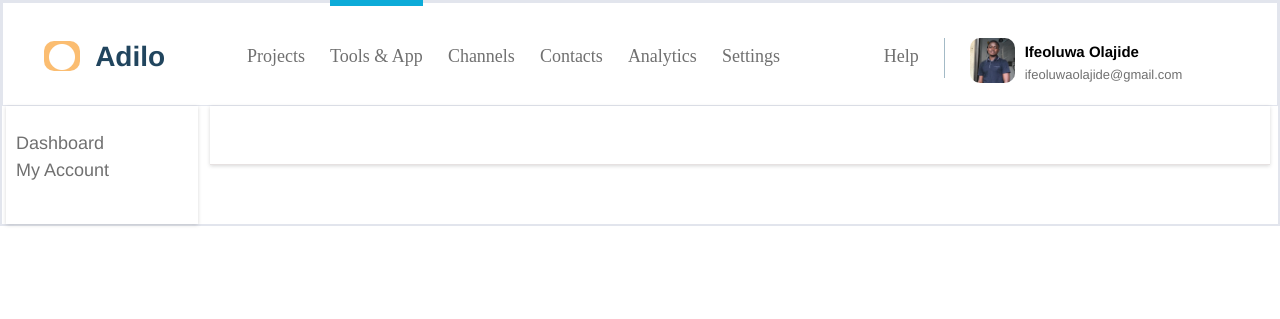
Repository: olhighjay/video_recorder
Page: /
The author's editor kept a copy of each file at every save. The page is drawn from the files as they stood at one save, then again after the next save.
The browser window is 1280 px wide. The pictures show the whole page.
Some web libraries are served in a nearby version. The project was rebuilt for these pictures with package versions that can differ from the ones it lists, and the page was loaded fresh each time. Also part of the build but not shown: vue.config.js.

Above is the page before, as saved 2022-07-28 17:08:23.

### public/index.html
<!DOCTYPE html>
<html lang="">
  <head>
    <meta charset="utf-8">
    <meta http-equiv="X-UA-Compatible" content="IE=edge">
    <meta name="viewport" content="width=device-width,initial-scale=1.0">
    <link rel="icon" href="<%= BASE_URL %>favicon.ico">
    <title><%= htmlWebpackPlugin.options.title %></title>
    <link rel="stylesheet" href="https://cdn.jsdelivr.net/npm/bootstrap@4.0.0/dist/css/bootstrap.min.css" integrity="sha384-Gn5384xqQ1aoWXA+058RXPxPg6fy4IWvTNh0E263XmFcJlSAwiGgFAW/dAiS6JXm" crossorigin="anonymous">
  </head>
  <body>
    <noscript>
      <strong>We're sorry but <%= htmlWebpackPlugin.options.title %> doesn't work properly without JavaScript enabled. Please enable it to continue.</strong>
    </noscript>
    <div id="app"></div>
    <!-- built files will be auto injected -->


    <script src="https://code.jquery.com/jquery-3.2.1.slim.min.js" integrity="sha384-KJ3o2DKtIkvYIK3UENzmM7KCkRr/rE9/Qpg6aAZGJwFDMVNA/GpGFF93hXpG5KkN" crossorigin="anonymous"></script>
<script src="https://cdn.jsdelivr.net/npm/popper.js@1.12.9/dist/umd/popper.min.js" integrity="sha384-ApNbgh9B+Y1QKtv3Rn7W3mgPxhU9K/ScQsAP7hUibX39j7fakFPskvXusvfa0b4Q" crossorigin="anonymous"></script>
<script src="https://cdn.jsdelivr.net/npm/bootstrap@4.0.0/dist/js/bootstrap.min.js" integrity="sha384-JZR6Spejh4U02d8jOt6vLEHfe/JQGiRRSQQxSfFWpi1MquVdAyjUar5+76PVCmYl" crossorigin="anonymous"></script>
  </body>
</html>

### src/App.vue
<template>
  <!-- <img alt="Vue logo" src="./assets/logo.png"> -->
  <div>
    <navbar></navbar>
    <div id="main-flex">
            <Transition name="fade" :duration="550">
                <div class="my-sidebar px-1">
                    <div class="my-nav py-4">
                        <ul>
                            <li :class="{'active-temp': pageHeader == 'Dashboard'}"><router-link style="width:100%" to="/dashboard"><i class="fa fa-home" aria-hidden="true"></i> &nbsp; Dashboard</router-link></li>
                            <li :class="{'active-temp': pageHeader == 'My Account'}"><router-link style="width:100%" to="/account"><i class="fa fa-user" aria-hidden="true"></i> &nbsp; My Account</router-link></li>
                       </ul>
                    </div>
                </div>
            </Transition>
            <div class="my-main px-2">
                <div class="main-content">
                    <div class="pg-head px-4 pt-4 pb-1">
                        <span @click="showSidebar = !showSidebar" class="u-hamburger__box"><span class="u-hamburger__inner"></span></span>
                        <span style=" margin-left:4%"><h4 style="display:inline; text-align:left;font-weight:600;">{{ pageHeader }}</h4></span>
                    </div>
                    <slot ></slot>
                </div>
            </div>
        </div>
  </div>
</template>

<script>
// import HelloWorld from './components/HelloWorld.vue'
import Navbar from './layouts/Navbar.vue'

export default {
  name: 'App',
  components: {
    Navbar
  }
}
</script>

<style>




#app {
  font-family: Avenir, Helvetica, Arial, sans-serif;
  -webkit-font-smoothing: antialiased;
  -moz-osx-font-smoothing: grayscale;
   /* text-align: center; */
   font-size: 18px;
  color: #707070;
  border: solid 2px #E2E5ED;
  width: 100vw;
  /* margin-top: 60px;  */
}




    .my-container{
        margin: 0 6.5% ;
        overflow-x: hidden;
    }
    #main-flex{
        display: flex;
        justify-content: flex-start;
        height: 100%;
    }
    .my-sidebar{
        flex: 0 0 200px;
        height: 100%;
        /* width: 200px; */
    }
    .my-nav{
        box-shadow: rgba(0, 0, 0, 0.16) 0px 1px 4px;
    }
    .my-nav>ul{
        list-style-type: none;
        display: block;
        padding: 0;
    }
    .my-nav>ul>li{
        display: block;
    }
    .active-temp{
        font-weight: 600;
    }
    .my-nav>ul>li:hover, .active-temp{
        cursor: pointer;
        background-color: rgb(241, 241, 241);
    }
    .my-nav>ul>li>a{
        color: #282828;
        padding: 5% 5% 5% 10%;
        display: block;
    }
    .my-nav>ul>li>a:hover{
        transform: scale(1.03);
        font-weight: 600;
    }
    .my-main{
        width: 100%;
    }
    @media screen and (max-width: 500px) {
        .my-main{
            flex-shrink: 0;
        }
    }
    .main-content{
        box-shadow: rgba(0, 0, 0, 0.16) 0px 1px 4px;
    }
    /* .inner-main>div{
        flex: 1;
    } */

    .under-nav>a{
        display: block;
        padding: 10px 0 10px 22px;
    }

    .fade-enter-active {
        transition: all 0.5s ease-in-out;
    /* transition: all 0.3s ease-out; */
    }

    .fade-leave-active {
        transition: all 0.5s ease-in-out;
    /* transition: all 0.3s ; */
    }
    .fade-enter-from,
    .fade-leave-to {
    transform: translateX(15px);
    opacity: 0;
    }

    .fade-leave-active, .fade-enter-active .my-sidebar {
    transition-delay: 0.25s;
    }

    .u-hamburger__box:hover{
        cursor: pointer;
    }

    .pg-head{
        border-bottom: 1px solid rgb(230, 225, 225);
    }

    @media screen and (max-width: 900px) {
        .my-container{
            margin: 0 0 ;
        }
    }







</style>

### src/layouts/Navbar.vue
<template>
    <nav class="">
      <div class="nav-logo-area">
        <div class="nav-logo-area-inner">
          <div class="white-logo-wrap">
            <span class="white-logo-bkg">
            <img alt="Adilo logo" src="../assets/swarm.png">
            </span>
          </div>
          <div class="adilo">Adilo</div>
        </div>
      </div>
      <div class="nav-tab">
        <ul class="my-nav-list">
          <li><a>Projects</a></li>
          <li class="active-nav-item"> <a>Tools & App</a></li>
          <li><a>Channels</a></li>
          <li><a>Contacts</a></li>
          <li><a>Analytics</a></li>
          <li><a>Settings</a></li>
        </ul>
      </div>
      <div class="nav-profile">
        <ul class="my-nav-list">
          <li><a>Help</a></li>
        </ul>
        <div class="profile-info">
          <div class="profile-border"></div>
          <div >
            <img alt="Profile Image" src="../assets/profile.jpg" class="profile-img">
          </div>
          <div style="margin-left:10px">
            <span class="profile-name">Ifeoluwa Olajide </span>
            <p class="profile-email">ifeoluwaolajide@gmail.com</p>
          </div>
        </div>
      </div>
    </nav>
</template>
<script>
export default {
    name: 'NavbarComponent'
}
</script>
<style>
     nav {
    display: flex;
    /* height: 69px; */
    padding: 0 0.032%;
    border: solid 1px #E2E5ED;
  }

  .nav-logo-area {
    flex: 0 0 16%;
    padding-left: 3.2%;
    padding-top: 19px;
    padding-bottom: 27px;
  }
  .nav-logo-area-inner {
    display: flex;
  }
  .nav-tab {
    flex: 0 0 50%;
  }
  .nav-profile {
    flex: 0 0 34%;
    display: flex;
  }
  .my-nav-list {
    list-style: none;
    padding-top: 40px;
  }
  .my-nav-list>li {
    display: inline;
    margin-right: 25px;
    padding-top: 40px;
  }
  .my-nav-list>li>a {
    text-align: left;
    font: normal normal normal 18px/27px Poppins;
    letter-spacing: 0px;
    color: #707070;
    opacity: 1
  }
  .white-logo-wrap {
    padding-top:21px;
  }
  .white-logo-bkg {
    background-color:#FBBD71;
    padding:5px;
    border-radius:10px;
  }
  .adilo {
    font-size:28px;
    margin-left:15px;
    font-weight:bold;
    color:#21455E;
    padding-top:14px;
  }
  .profile-info {
    padding-top:35px;
    display:flex;
  }
  .active-nav-item {
    border-top: 6px solid #0DABD8;
  }
  .profile-border {
    border-left: 1px solid #A3BAC6;
    padding-left:25px;
    height:40px;
  }
  .profile-img {
    width:45px; height: 45px;
    border-radius:10px;
  }
  .profile-name {
    font-weight:bold;
    font-size:15px;
    color:black;
  }
  .profile-email {
    font-size:13px;
  }
</style>

Loaded but not shown: src/main.js (common file)

After the next save:
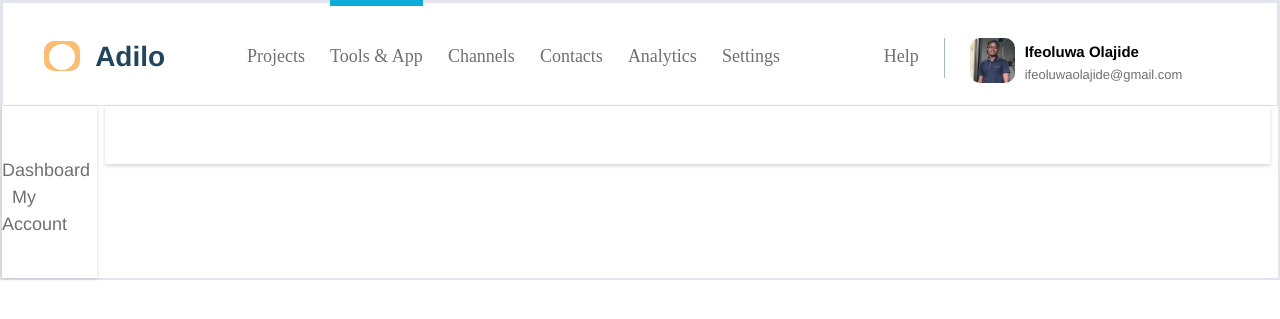
Saved 47 min 23 s later.
--- a/src/App.vue
+++ b/src/App.vue
@@ -4,14 +4,14 @@
     <navbar></navbar>
     <div id="main-flex">
             <Transition name="fade" :duration="550">
-                <div class="my-sidebar px-1">
+                <!-- <div class="my-sidebar px-1"> -->
                     <div class="my-nav py-4">
                         <ul>
                             <li :class="{'active-temp': pageHeader == 'Dashboard'}"><router-link style="width:100%" to="/dashboard"><i class="fa fa-home" aria-hidden="true"></i> &nbsp; Dashboard</router-link></li>
                             <li :class="{'active-temp': pageHeader == 'My Account'}"><router-link style="width:100%" to="/account"><i class="fa fa-user" aria-hidden="true"></i> &nbsp; My Account</router-link></li>
                        </ul>
                     </div>
-                </div>
+                <!-- </div> -->
             </Transition>
             <div class="my-main px-2">
                 <div class="main-content">

After the save that followed:
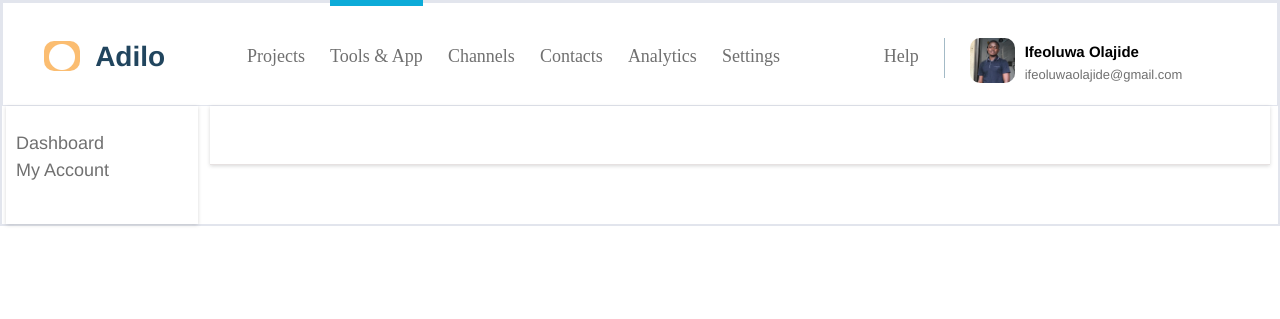
Saved 35 s later.
--- a/src/App.vue
+++ b/src/App.vue
@@ -3,16 +3,16 @@
   <div>
     <navbar></navbar>
     <div id="main-flex">
-            <Transition name="fade" :duration="550">
-                <!-- <div class="my-sidebar px-1"> -->
+            <!-- <Transition name="fade" :duration="550"> -->
+                <div class="my-sidebar px-1">
                     <div class="my-nav py-4">
                         <ul>
                             <li :class="{'active-temp': pageHeader == 'Dashboard'}"><router-link style="width:100%" to="/dashboard"><i class="fa fa-home" aria-hidden="true"></i> &nbsp; Dashboard</router-link></li>
                             <li :class="{'active-temp': pageHeader == 'My Account'}"><router-link style="width:100%" to="/account"><i class="fa fa-user" aria-hidden="true"></i> &nbsp; My Account</router-link></li>
                        </ul>
                     </div>
-                <!-- </div> -->
-            </Transition>
+                </div>
+            <!-- </Transition> -->
             <div class="my-main px-2">
                 <div class="main-content">
                     <div class="pg-head px-4 pt-4 pb-1">
